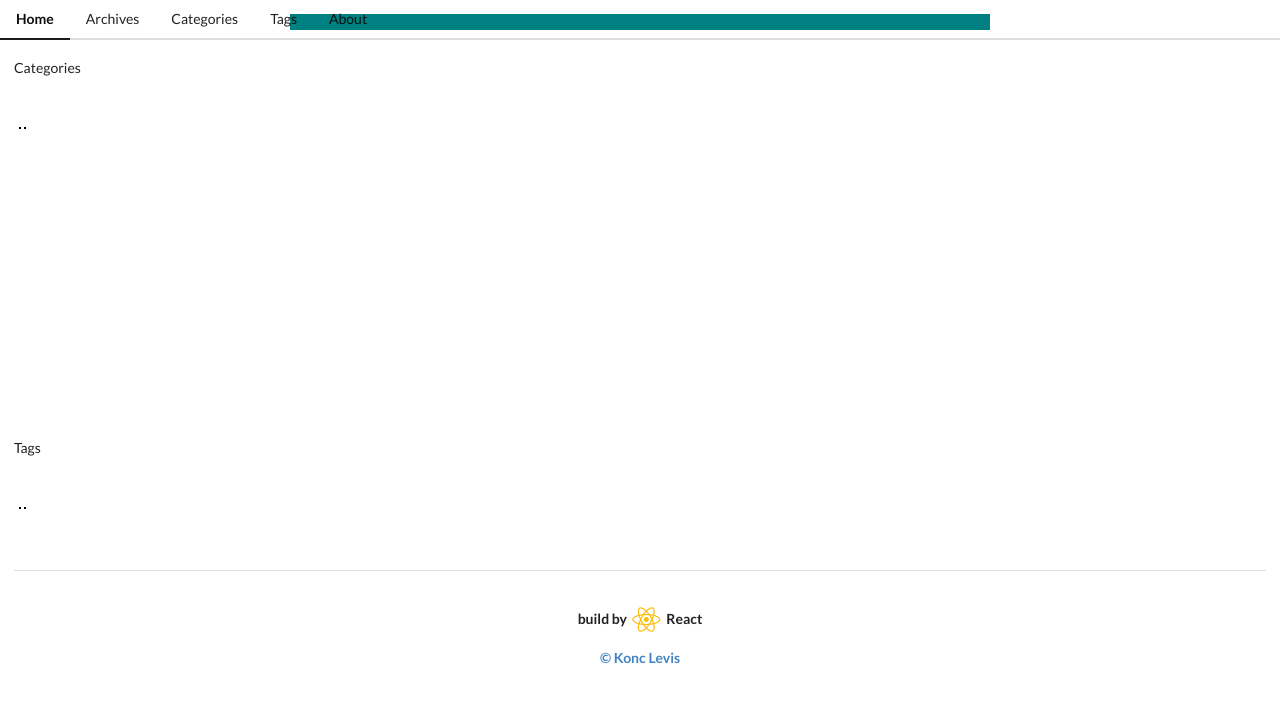
Repository: chu4j/my-spring-cloud-blog-frontend
Page: /
These files come from the project's save history. The page is drawn as it stood at one moment and after the next save; the edit follows.
The browser window is 1280 px wide. The pictures show the whole page.
The page's requests for data from a server got no answer. The project was rebuilt for these pictures with package versions that can differ from the ones it lists, and the page was loaded fresh each time. No one was signed in, and anything a server would have sent is missing. Also part of the build but not shown: src/components/Categories.jsx, src/components/FocusContent.jsx, src/css/App.css, src/components/owner/LoginForm.jsx, src/components/Tags.jsx, src/components/Timeline.jsx, src/components/TimelineHome.jsx.

Above is the page before, as saved 2021-02-24 11:51:05.

After the next save:
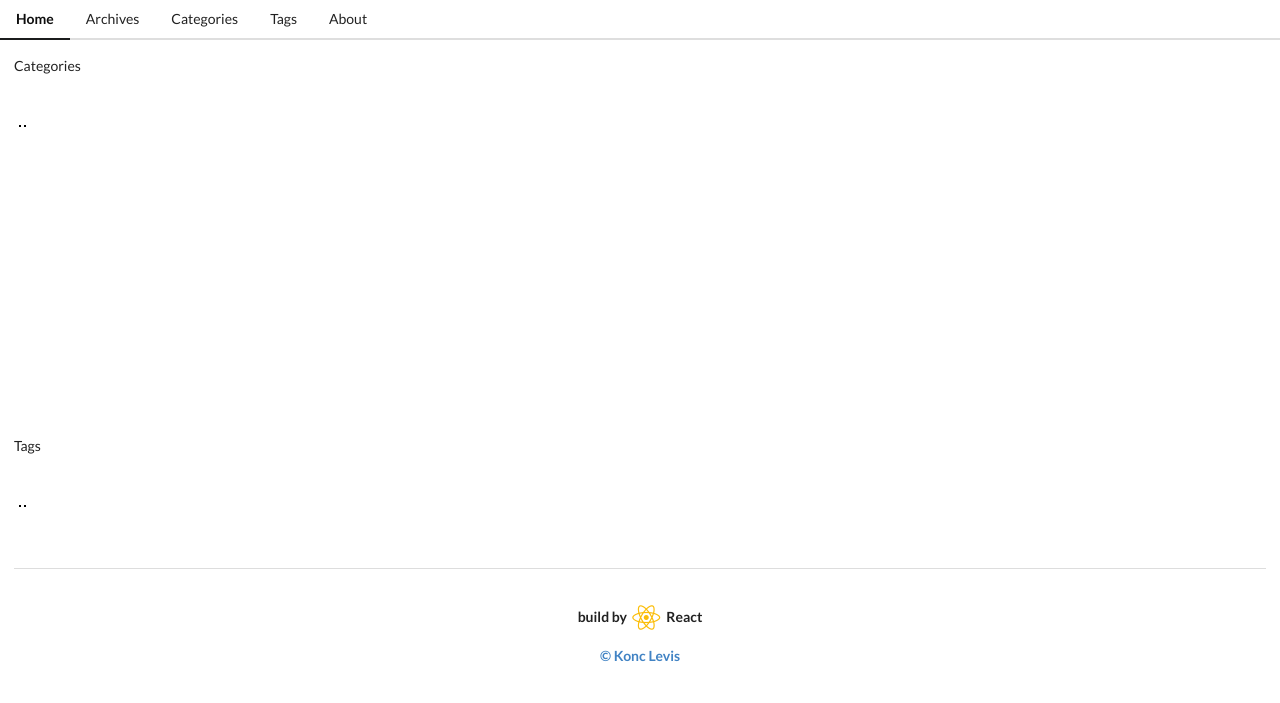
Saved 36 s later.
--- a/src/components/BlogHeader.jsx
+++ b/src/components/BlogHeader.jsx
@@ -44,8 +44,7 @@ class BlogHeader extends Component {
   render() {
     const { activeItem, menuFixed, overlayFixed, overlayRect } = this.state;
     return (
-      <Container text style={{ backgroundColor: "teal" }}>
-
+      <Container fluid>
         <Visibility
           onBottomPassed={this.stickTopMenu}
           onBottomVisible={this.unStickTopMenu}
@@ -54,7 +53,6 @@ class BlogHeader extends Component {
         <Menu
           borderless
           fixed="top"
-
           pointing
           secondary
           className="blog-header"
